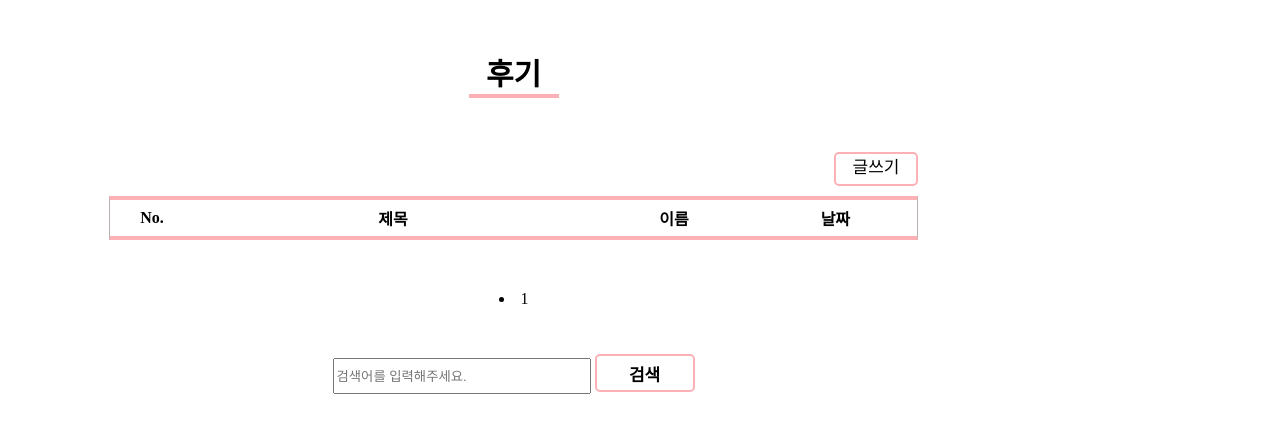
Repository: seugju/HSDsemi
Page: http://localhost/studioMood/postList?reqPage=1
These files come from the project's save history. The page is drawn as it stood at one moment and after the next save; the edit follows.
The browser window is 1280 px wide. The pictures show the whole page.
The page is served by Tomcat 9. Other server files are loaded and not shown. Queries for data that is not in the repository find no rows.

Above is the page before, as saved 2020-11-25 06:19:54.

### project-workspace/studioMood/WebContent/WEB-INF/views/post/postList.jsp
<%@page import="member.model.vo.Member"%>
<%@page import="java.util.ArrayList"%>
<%@page import="post.model.vo.Post"%>
<%@ page language="java" contentType="text/html; charset=UTF-8"
    pageEncoding="UTF-8"%>
    <%
    ArrayList<Post> list = (ArrayList<Post>)request.getAttribute("list");
    String pageNavi = (String)request.getAttribute("pageNavi");
    Member m = (Member)session.getAttribute("member");
    %>
<!DOCTYPE html PUBLIC "-//W3C//DTD HTML 4.01 Transitional//EN" "http://www.w3.org/TR/html4/loose.dtd">
<html>
<head>
<meta http-equiv="Content-Type" content="text/html; charset=UTF-8">
<title>Insert title here</title>
   <style>
        .content{
            width: 80%;

        }
        .content *{
            margin: 0 auto;
        }
        .pink{
            margin-top: 50px;
            width: 90px;
            text-align: center;
            font-weight: bold;
            font-size: 30px;
            border-bottom: 4px solid #FBB1B5;
        }
         .post-table>tbody>tr>td{
            border-top: 1px solid #b8b0b0;
        }
        .post-table{
            width: 80%;
            border-top: 4px solid #FBB1B5;
            border-left: 1px solid #b8b0b0;
            border-bottom: 4px solid #FBB1B5;
            border-right: 1px solid #b8b0b0;
        }
        .post-table>tbody>tr>td{
         text-align: center;
        }
       .post-table>tbody>tr>td>a{
       text-decoration: none;
            color: black;

       }
        .post-table>tbody>tr>th{
        height : 30px;
        }
       .write>a{
            text-decoration: none;
            color: black;
            display: inline-block;
            width: 80px;
            height: 30px;
            line-height: 28px;
            font-size: 17px;
            text-align: center;
            background-color: white;
            border: 2px solid #FBB1B5;
            border-radius: 5px;


        }
        .write{
            width: 80%;
            text-align: right;
            margin-bottom: 10px;
        }
        .post{
            width: 80%;
            text-align: center;
        }
        .search-text{
            width: 250px;
            height: 30px;
        }
        .btn-post{
            margin-top: 20px;
            width: 100px;
            height: 38px;
            font-weight: bold;
            font-size: 17px;
            background-color: white;
            border: 2px solid #FBB1B5;
            border-radius: 5px;
        }
        #pageNavi{
            text-align: center;
            margin: 50px;
        }
        .post>form>input:nth-child(2){
        margin-top : -10px;
        }
    </style>
</head>
<body>
  <div class="content">
   <section>
       <div class="pink">후기</div>
       <br>
       <br>
       <br>

       <%//if(m!=null && m.getMemberLevel()==1) {%>
       <div class="write">
       <a href="/postWriterFrm" class="write-btn">글쓰기</a>
       </div>
       <%//} %>
       <table class="post-table">
           <tr>
               <th width="10%">No.</th>
               <th width="50%">제목</th>
               <th width="20%;">이름</th>
               <th width="20%;">날짜</th>
           </tr>
           <%for(Post p : list) {%>
          <tr>
               <td><%=p.getpNum() %></td>
               <td><a href="/postView?postNo=<%=p.getPostNo()%>"><%=p.getPostTitle() %></a></td>
               <td><%=p.getPostWriter() %></td>
               <td><%=p.getPDate() %></td>
           </tr>
           <%} %>
       </table>
       <div id="pageNavi"><%=pageNavi %></div>
       <div class="post">
       <form action="" method="get" id="search">
       <input type="text" placeholder="검색어를 입력해주세요." class="search-text">
       <input type="submit" value="검색" class="btn-post">
       </form>
       </div>
   </section>
    </div>
</body>
</html>

### project-workspace/studioMood/src/post/controller/PostListServlet.java
package post.controller;

import java.io.IOException;

import javax.servlet.RequestDispatcher;
import javax.servlet.ServletException;
import javax.servlet.annotation.WebServlet;
import javax.servlet.http.HttpServlet;
import javax.servlet.http.HttpServletRequest;
import javax.servlet.http.HttpServletResponse;

import post.model.service.PostService;
import post.model.vo.PostPageData;

/**
 * Servlet implementation class PostListServlet
 */
@WebServlet(name = "PostList", urlPatterns = { "/postList" })
public class PostListServlet extends HttpServlet {
	private static final long serialVersionUID = 1L;

    /**
     * @see HttpServlet#HttpServlet()
     */
    public PostListServlet() {
        super();
        // TODO Auto-generated constructor stub
    }

	/**
	 * @see HttpServlet#doGet(HttpServletRequest request, HttpServletResponse response)
	 */
	protected void doGet(HttpServletRequest request, HttpServletResponse response) throws ServletException, IOException {
		//1. 인코딩
		request.setCharacterEncoding("utf-8");
		//2. view에서 ~~
		int reqPage = Integer.parseInt(request.getParameter("reqPage"));
		//3.비지니스 로직
		PostPageData ppd = new PostService().selectList(reqPage);
		//4. 결과처리
		RequestDispatcher rd = request.getRequestDispatcher("/WEB-INF/views/post/postList.jsp");
		request.setAttribute("list", ppd.getList());
		request.setAttribute("pageNavi", ppd.getPageNavi());
		rd.forward(request, response);
	}

	/**
	 * @see HttpServlet#doPost(HttpServletRequest request, HttpServletResponse response)
	 */
	protected void doPost(HttpServletRequest request, HttpServletResponse response) throws ServletException, IOException {
		// TODO Auto-generated method stub
		doGet(request, response);
	}

}

### project-workspace/studioMood/src/post/model/service/PostService.java
package post.model.service;

import java.sql.Connection;
import java.sql.ResultSet;
import java.util.ArrayList;

import org.apache.tomcat.dbcp.dbcp2.Jdbc41Bridge;

import common.JDBCTemplate;
import post.model.dao.PostDao;
import post.model.vo.Post;
import post.model.vo.PostComment;
import post.model.vo.PostPageData;
import post.model.vo.PostViewData;

public class PostService {

	public PostPageData selectList(int reqPage) {
		Connection conn = JDBCTemplate.getConnection();
		PostDao dao = new PostDao();
		int totalCount = dao.totalCount(conn);
		int numPerPage = 20;
		int totalPage = 0;
		if(totalCount%numPerPage == 0) {
			totalPage = totalCount / numPerPage;
		}else {
			totalPage = totalCount/ numPerPage+1;
		}
		int start = (reqPage-1)*numPerPage +1;
		int end = reqPage*numPerPage;

		ArrayList<Post> list = new PostDao().selectList(conn,start,end);

		int pageNaviSize = 5;
		String pageNavi="";

		int pageNo = reqPage-2;
		if(reqPage <=3) {
			pageNo=1;
		}else if(pageNo>totalPage-4){
			pageNo = totalPage-4;
		}
		if(pageNo != 1) {
			pageNavi += "<li class='page-item'><a class='page-link' href='/postList?reqPage="+(pageNo-1)+"'>이전</a></li>";
		}
		for(int i=0; i<pageNaviSize;i++) {
			if(reqPage == pageNo) {
				pageNavi += "<li class='page-item'><span class='selectPage page-link'>"+pageNo+"</spna></li>";
			}else {
				pageNavi +="<li class='page-item'><a class='page-link' href='/postList?reqPage="+pageNo+"'>"+pageNo+"</a></li>";
			}
			pageNo++;
			if(pageNo > totalPage) {
				break;
			}
		}
		if(pageNo <= totalPage) {
			pageNavi += "<li class='page-item'><a class='page-link' href='/postList?reqPage="+pageNo+"'>다음</a></li>";
		}
		PostPageData ppd = new PostPageData(list, pageNavi);
		JDBCTemplate.close(conn);
		//여기만큼씩
		//할수있죠??글쎄요... 해볼게요일단...ㅠㅠㅠㅠㄴ ㅇㅇ 이미 다른거만들어져있어서 어디에 뭐가필요한지정리마하면될것같아요
		//네ㅠㅠ
		return ppd;
	}

	public int insertPost(Post p) {
		Connection conn = JDBCTemplate.getConnection();
		int result = new PostDao().insertPost(conn, p);
		if(result>0) {
			JDBCTemplate.commit(conn);
		}else {
			JDBCTemplate.rollback(conn);
		}
		JDBCTemplate.close(conn);
		return result;
	}

	public int updatePost(Post p) {
		Connection conn = JDBCTemplate.getConnection();
		int result = new PostDao().updatePost(conn, p);
		if(result>0) {
			JDBCTemplate.commit(conn);
		}else {
			JDBCTemplate.rollback(conn);
		}
		JDBCTemplate.close(conn);
		return result;
	}

	public Post selectOnePost(int postNo) {
		Connection conn = JDBCTemplate.getConnection();
		Post p = new PostDao().selectPost(conn, postNo);
		if(p != null) {
			JDBCTemplate.commit(conn);
		}else {
			JDBCTemplate.rollback(conn);
		}
		JDBCTemplate.close(conn);
		return p;
	}

	public PostViewData selectPostView(int postNo) {
		Connection conn = JDBCTemplate.getConnection();
		Post p = new PostDao().selectPost(conn, postNo);
		ArrayList<PostComment> list = new PostDao().selectPostCommentlist(conn, postNo);
		JDBCTemplate.close(conn);
		PostViewData pvd = new PostViewData(p, list);
		return pvd;
	}

	public int deletePost(int postNo) {
		Connection conn = JDBCTemplate.getConnection();
		int result = new PostDao().deletePost(conn, postNo);
		if(result>0) {
			JDBCTemplate.commit(conn);
		}else {
			JDBCTemplate.rollback(conn);
		}
		JDBCTemplate.close(conn);
		return result;
	}

	public int insertPostComment(PostComment pc) {
		Connection conn = JDBCTemplate.getConnection();
		int result = new PostDao().insertPostComment(conn, pc);
		if(result>0) {
			JDBCTemplate.commit(conn);
		}else {
			JDBCTemplate.rollback(conn);
		}
		JDBCTemplate.close(conn);
		return result;
	}

	public int postCommentUpdate(int postCommentNo, String postCommentContent) {
		Connection conn = JDBCTemplate.getConnection();
		int result = new PostDao().postCommentUpdate(conn, postCommentNo, postCommentContent);
		if(result>0) {
			JDBCTemplate.commit(conn);
		}else {
			JDBCTemplate.rollback(conn);
		}
		JDBCTemplate.close(conn);
		return result;
	}

	public int postCommentDelete(int postCommentNo) {
		Connection conn = JDBCTemplate.getConnection();
		int result = new PostDao().postCommentDelete(conn, postCommentNo);
		if(result>0) {
			JDBCTemplate.commit(conn);
		}else {
			JDBCTemplate.rollback(conn);
		}
		JDBCTemplate.close(conn);
		return result;
	}

	public PostPageData postSearchKeyword(int reqPage, String keyword, String type) {
		Connection conn = JDBCTemplate.getConnection();
		ArrayList<Post> list = null;
		PostPageData ppd = null;
		if(type.equals("postTitle")) {
			System.out.println("제목으로 검");
			//여기서 제목으로 검색할 때 필요한거 전부다 제작(totalCount, ArrayList<Post>, pageNavi)
			//여기 한영이안되네 -> 여기 이프, 엘스이프가 다 리스트구하는 만큼씩 나올꺼에요
			int totalCount = new PostDao().searchTitleCount(conn, keyword);
			int numPerPage = 20;
			int totalPage = 0;
			if(totalCount%numPerPage == 0) {
				totalPage = totalCount / numPerPage;
			}else {
				totalPage = totalCount/ numPerPage+1;
			}
			int start = (reqPage-1)*numPerPage +1;
			int end = reqPage*numPerPage;

			ArrayList<Post> titlelist = new PostDao().searchTitleList(conn,start,end, keyword);
			for(Post p : titlelist) {
				System.out.println(1);
				System.out.println(p.getPDate());
			}
			int pageNaviSize = 5;
			String pageNavi="";

			int pageNo = reqPage-2;
			if(reqPage <=3) {
				pageNo=1;
			}else if(pageNo>totalPage-4){
				pageNo = totalPage-4;
			}
			if(pageNo != 1) {
				pageNavi += "<li class='page-item'><a class='page-link' href='/postSearchKeyword?reqPage="+(pageNo-1)+"&type=postTitle&keyword="+keyword+"'>이전</a></li>";
			}
			for(int i=0; i<pageNaviSize;i++) {
				if(reqPage == pageNo) {
					pageNavi += "<li class='page-item'><span class='selectPage page-link'>"+pageNo+"</spna></li>";
				}else {
					pageNavi +="<li class='page-item'><a class='page-link' href='/postSearchKeyword?reqPage="+pageNo+"&type=postTitle&keyword="+keyword+"'>"+pageNo+"</a></li>";
				}
				pageNo++;
				if(pageNo > totalPage) {
					break;
				}
			}
			if(pageNo <= totalPage) {
				pageNavi += "<li class='page-item'><a class='page-link' href='/postSearchKeyword?reqPage="+pageNo+"&type=postTitle&keyword="+keyword+"'>다음</a></li>";
			}
			ppd = new PostPageData(titlelist, pageNavi);
		}else if(type.equals("postWriter")) {
			System.out.println("writer");
			//여기서 작성자로 검색할 때 필요한거 전부다 제작(totalCount, ArrayList<Post>, pageNavi)
			int totalCount = new PostDao().searchWriterCount(conn, keyword);
			int numPerPage = 20;
			int totalPage = 0;
			if(totalCount%numPerPage == 0) {
				totalPage = totalCount / numPerPage;
			}else {
				totalPage = totalCount/ numPerPage+1;
			}
			int start = (reqPage-1)*numPerPage +1;
			int end = reqPage*numPerPage;

			ArrayList<Post> writerlist = new PostDao().searchWriterList(conn,start,end, keyword);
			int pageNaviSize = 5;
			String pageNavi="";

			int pageNo = reqPage-2;
			if(reqPage <=3) {
				pageNo=1;
			}else if(pageNo>totalPage-4){
				pageNo = totalPage-4;
			}
			if(pageNo != 1) {
				pageNavi += "<li class='page-item'><a class='page-link' href='/postSearchKeyword?reqPage="+(pageNo-1)+"&type=postWriter&keyword="+keyword+"'>이전</a></li>";
			}
			for(int i=0; i<pageNaviSize;i++) {
				if(reqPage == pageNo) {
					pageNavi += "<li class='page-item'><span class='page-link selectPage'>"+pageNo+"</spna></li>";
				}else {
					pageNavi +="<li class='page-item'><a class='page-link' href='/postSearchKeyword?reqPage="+pageNo+"&type=postWriter&keyword="+keyword+"'>"+pageNo+"</a></li>";
				}
				pageNo++;
				if(pageNo > totalPage) {
					break;
				}
			}
			if(pageNo <= totalPage) {
				pageNavi += "<li class='page-item'><a class='page-link' href='/postSearchKeyword?reqPage="+pageNo+"&type=postWriter&keyword="+keyword+"'>다음</a></li>";
			}
			ppd = new PostPageData(writerlist, pageNavi);
		}
		JDBCTemplate.close(conn);
		return ppd;
	}


}

### project-workspace/studioMood/src/common/JDBCTemplate.java
package common;

import java.sql.Connection;
import java.sql.DriverManager;
import java.sql.ResultSet;
import java.sql.SQLException;
import java.sql.Statement;

//데이터베이스 코드 중 중복부분 처리 클래스 제작
//싱글톤(singleTon) : 클래스에 대한 객체가 포로그램 구동내내 한개만 작성되어 모두 공유하여 사용하는 디자인 패턴

public class JDBCTemplate {

	//리턴타입을 static으로 지정

	//1. Driver등록, Connection객체 생성 --------------------------------------------------------------
	public static Connection getConnection() {
		Connection conn = null;
		try {
			Class.forName("oracle.jdbc.driver.OracleDriver");
			conn = DriverManager.getConnection("jdbc:oracle:thin:@1.220.236.74:15213:xe","HSDsemi","1234");

			//자동 오토 커밋이 설정되어있다.
			conn.setAutoCommit(false); //자동 커밋 설정 해지

		} catch (ClassNotFoundException e) {
			// TODO Auto-generated catch block
			e.printStackTrace();
		} catch (SQLException e) {
			// TODO Auto-generated catch block
			e.printStackTrace();
		}
		return conn;
	}


	//2. Connection Close --------------------------------------------------------------------
	//같은 메소드명(close) - 다른 매개변수 : 오버로딩
	public static void close(Connection conn) {
		try {
			if(conn != null && !conn.isClosed()) { //값이 null이 아니면서 닫혀있지 않을 때
				conn.close();
			}

		} catch (SQLException e) {
			// TODO Auto-generated catch block
			e.printStackTrace();
		}
	}


	//같은 메소드명(close) - 다른 매개변수 : 오버로딩
	public static void close(Statement stmt) {
		try {
			if(stmt != null && !stmt.isClosed()) { ////값이 null이 아니면서 닫혀있지 않을 때
				stmt.close();
			}
		} catch (SQLException e) {
			// TODO Auto-generated catch block
			e.printStackTrace();
		}
	}

	//PreparedStatement는 만들지 않아도 된다. 다형성에 의해 Statement로 처리된다.


	//같은 메소드명(close) - 다른 매개변수 : 오버로딩
	public static void close(ResultSet rset) {
		try {
			if (rset != null && !rset.isClosed()) { // 값이 null이 아니면서 닫혀있지 않을 때
				rset.close();
			}
		} catch (SQLException e) {
			// TODO Auto-generated catch block
			e.printStackTrace();
		}
	}


	//3. commit, rollback ---------------------------------------------------------------
	public static void commit(Connection conn) {
		try {
			if(conn != null && !conn.isClosed()) {
				conn.commit();
			}
		} catch (SQLException e) {
			// TODO Auto-generated catch block
			e.printStackTrace();
		}
	}

	public static void rollback(Connection conn) {
		try {

			if(conn != null && !conn.isClosed()) {
				conn.rollback();
			}

		} catch (SQLException e) {
			// TODO Auto-generated catch block
			e.printStackTrace();
		}
	}


}

### project-workspace/studioMood/src/post/model/vo/PostPageData.java
package post.model.vo;

import java.util.ArrayList;

public class PostPageData {
	private ArrayList<Post> list;
	private String pageNavi;
	public PostPageData() {
		super();
		// TODO Auto-generated constructor stub
	}
	public PostPageData(ArrayList<Post> list, String pageNavi) {
		super();
		this.list = list;
		this.pageNavi = pageNavi;
	}
	public ArrayList<Post> getList() {
		return list;
	}
	public void setList(ArrayList<Post> list) {
		this.list = list;
	}
	public String getPageNavi() {
		return pageNavi;
	}
	public void setPageNavi(String pageNavi) {
		this.pageNavi = pageNavi;
	}

}

Loaded but not shown: project-workspace/studioMood/src/post/model/dao/PostDao.java (409 lines, source omitted)

After the next save:
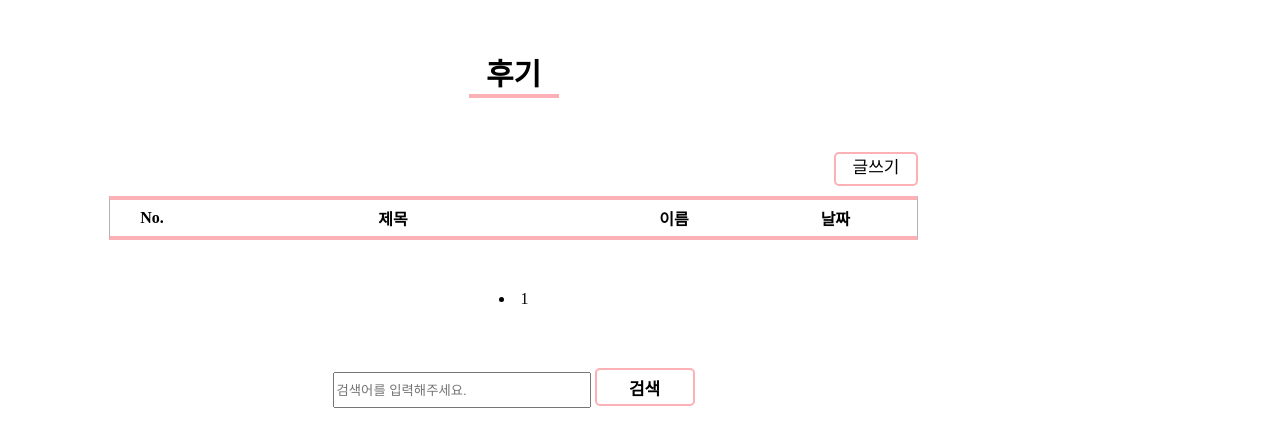
Saved 8 s later.
--- a/project-workspace/studioMood/WebContent/WEB-INF/views/post/postList.jsp
+++ b/project-workspace/studioMood/WebContent/WEB-INF/views/post/postList.jsp
@@ -93,7 +93,7 @@
             margin: 50px;
         }
         .post>form>input:nth-child(2){
-        margin-top : -10px;
+        margin-top : 10px;
         }
     </style>
 </head>
